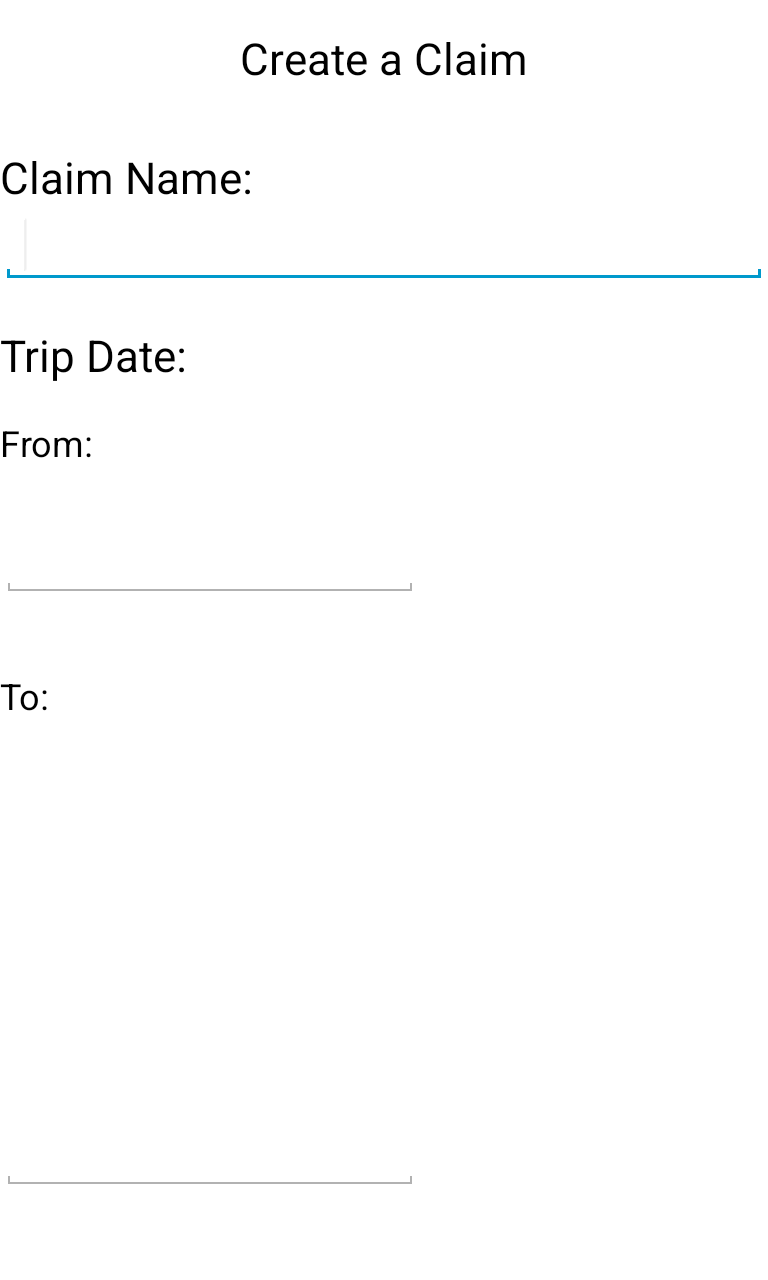
Repository: ReverseOni/Assignment1
Layout: MamesserAssign1/res/layout/new_claim.xml
An editor plug-in stored every save of this project. The layout is shown before and after the next save, followed by the edit.
It is drawn on a 768 x 1280 px phone screen (xhdpi) without system bars, with theme AppTheme; the app's code is not run.

Above is the layout before, as saved 2015-01-24 18:31:50.

After the next save:
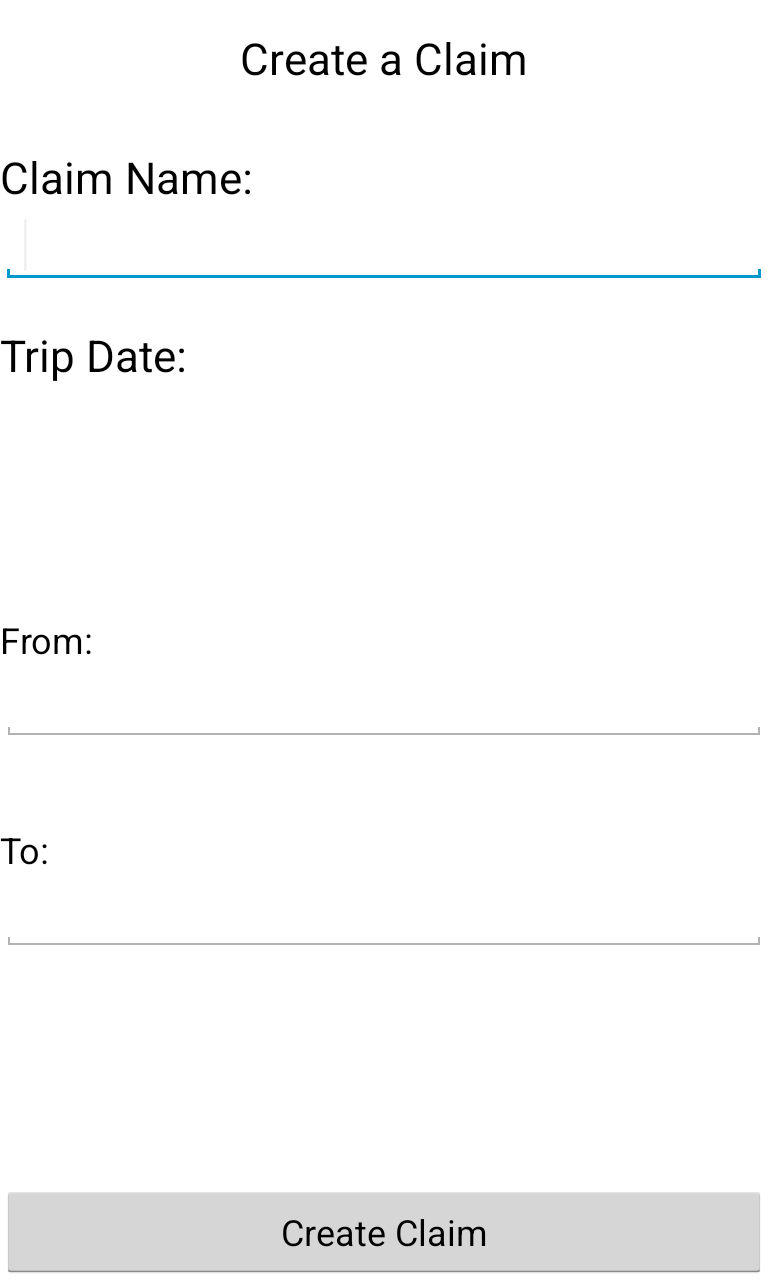
Saved 107 s later.
--- a/MamesserAssign1/res/layout/new_claim.xml
+++ b/MamesserAssign1/res/layout/new_claim.xml
@@ -48,21 +48,37 @@
 
     <EditText
         android:id="@+id/editText2"
+        android:layout_width="match_parent"
+        android:layout_height="wrap_content"
+        android:layout_alignParentLeft="true"
+        android:layout_below="@+id/textView2"
+        android:ems="10"
+        android:inputType="date" />
+
+    <Button
+        android:id="@+id/button1"
+        android:layout_width="match_parent"
+        android:layout_height="wrap_content"
+        android:layout_alignParentBottom="true"
+        android:layout_alignParentLeft="true"
+        android:text="Create Claim" />
+
+    <TextView
+        android:id="@+id/textView3"
         android:layout_width="wrap_content"
         android:layout_height="wrap_content"
         android:layout_alignParentLeft="true"
-        android:layout_below="@+id/textView1"
-        android:layout_marginTop="68dp"
-        android:ems="10"
-        android:inputType="date" />
+        android:layout_below="@+id/editText2"
+        android:layout_marginTop="41dp"
+        android:text="To:"
+        android:textAppearance="?android:attr/textAppearanceMedium" />
 
     <EditText
         android:id="@+id/editText3"
-        android:layout_width="wrap_content"
+        android:layout_width="match_parent"
         android:layout_height="wrap_content"
-        android:layout_alignParentBottom="true"
         android:layout_alignParentLeft="true"
-        android:layout_marginBottom="44dp"
+        android:layout_below="@+id/textView3"
         android:ems="10"
         android:inputType="date" />
 
@@ -71,19 +87,8 @@
         android:layout_width="wrap_content"
         android:layout_height="wrap_content"
         android:layout_alignParentLeft="true"
-        android:layout_below="@+id/textView1"
-        android:layout_marginTop="17dp"
+        android:layout_centerVertical="true"
         android:text="From:"
         android:textAppearance="?android:attr/textAppearanceMedium" />
 
-    <TextView
-        android:id="@+id/textView3"
-        android:layout_width="wrap_content"
-        android:layout_height="wrap_content"
-        android:layout_alignParentLeft="true"
-        android:layout_below="@+id/editText2"
-        android:layout_marginTop="36dp"
-        android:text="To:"
-        android:textAppearance="?android:attr/textAppearanceMedium" />
-
 </RelativeLayout>
